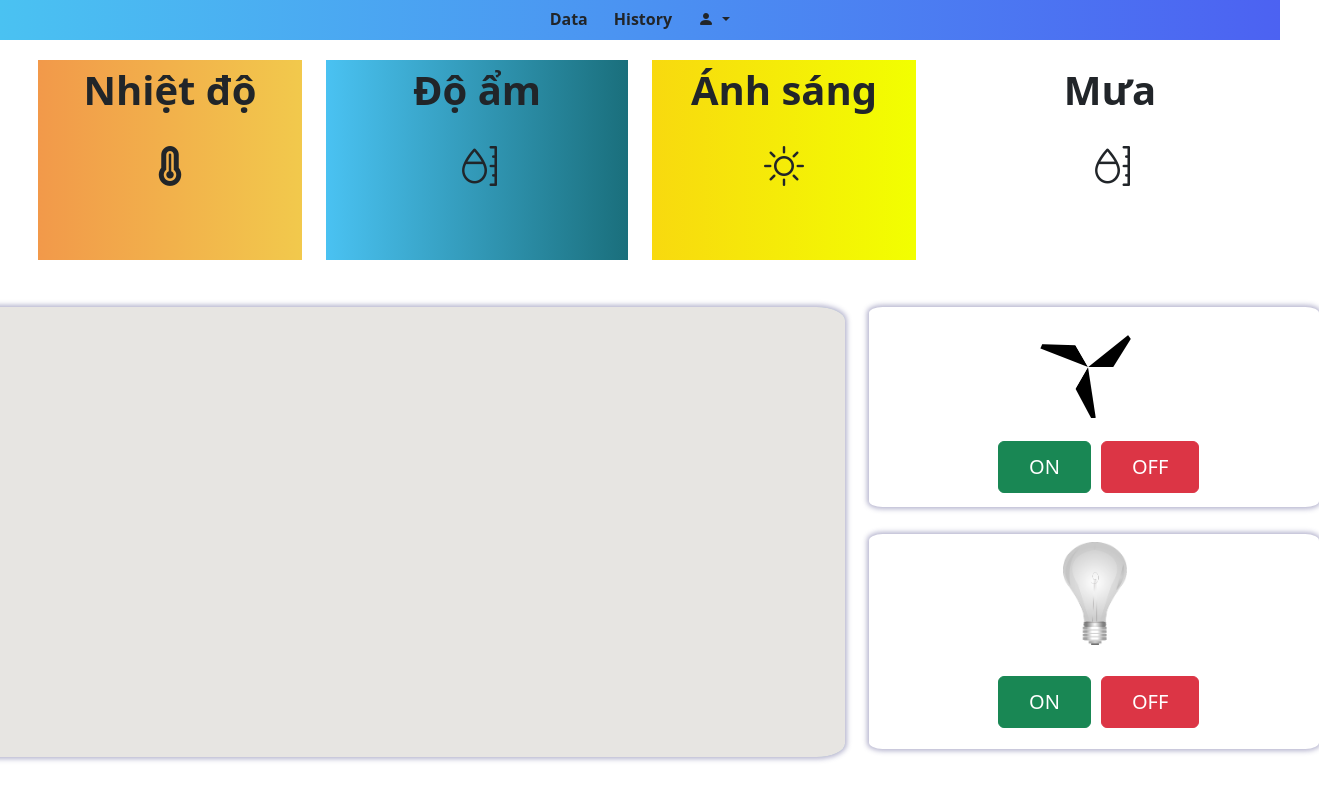
Repository: ndmq03102002/BTL_IOT
Page: Fontend_IOT/iot/index.html
An editor plug-in stored every save of this project. The page is shown before and after the next save, followed by the edit.
The browser window is 1280 px wide. The page is 1319 px wide, so the pictures cover 1319 px, including what lies to the right of the window. The pictures show the whole page.
The page's requests for data from a server got no answer. Some web libraries are served in a nearby version.

Above is the page before, as saved 2023-09-22 20:28:35.

After the next save:
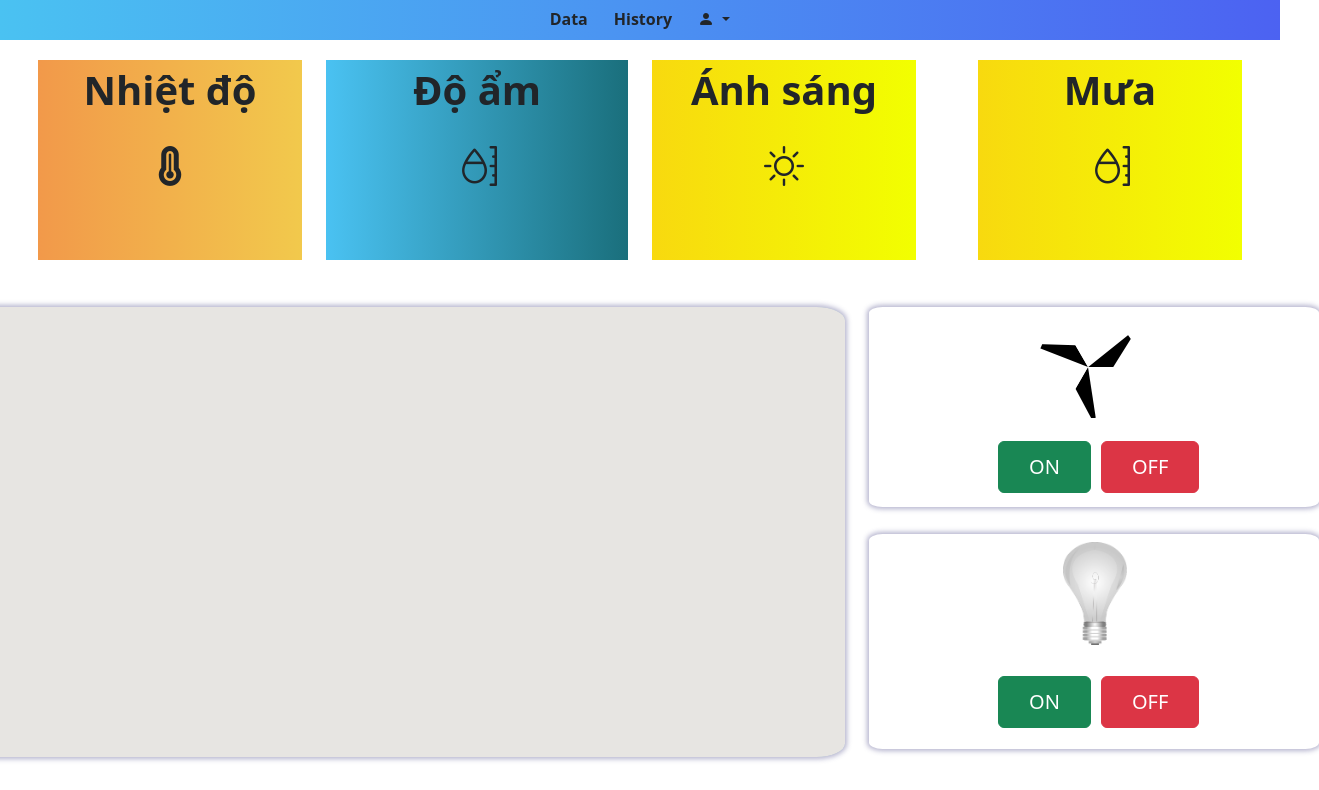
Saved 3 min 4 s later.
--- a/Fontend_IOT/iot/style.css
+++ b/Fontend_IOT/iot/style.css
@@ -42,7 +42,13 @@ html {
   margin-bottom: 27px;
   background: linear-gradient(to right, #f8d90f, #f2ff00);
 }
-
+.block4 {
+  width: 100%;
+  height: 200px;
+  margin-right: 0px;
+  margin-bottom: 27px;
+  background: linear-gradient(to right, #f8d90f, #f2ff00);
+}
 .abc {
   margin-bottom: 30px;
 }
